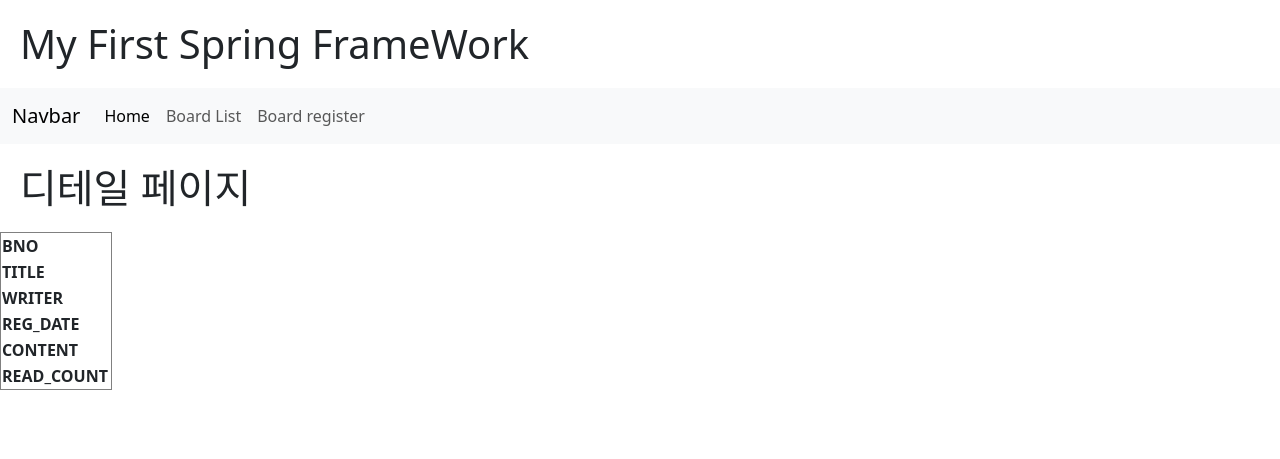
Repository: Leesunghoon1/springh
Page: http://localhost/springProject/WEB-INF/views/board/detail.jsp
The author's editor kept a copy of each file at every save. The page is drawn from the files as they stood at one save, then again after the next save.
The browser window is 1280 px wide. The pictures show the whole page.
The page is served by Tomcat 9. Nobody is signed in. The template is opened directly, without the code that normally fills it, so the values that code supplies are empty.

Above is the page before, as saved 2023-11-01 05:17:00.

After the next save:
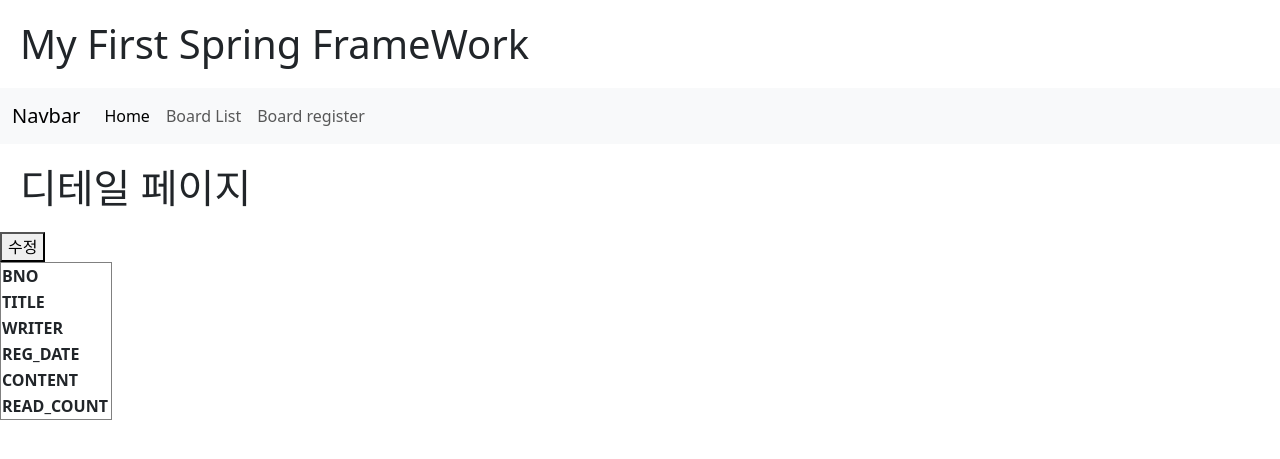
Saved 34 s later.
--- a/springProject/src/main/webapp/WEB-INF/views/board/detail.jsp
+++ b/springProject/src/main/webapp/WEB-INF/views/board/detail.jsp
@@ -42,6 +42,8 @@
 	<td>${bvo.readCount }</td>
 </tr>
 
+<a href="/"><button>수정</button></a>
+
 
 
 </table>
